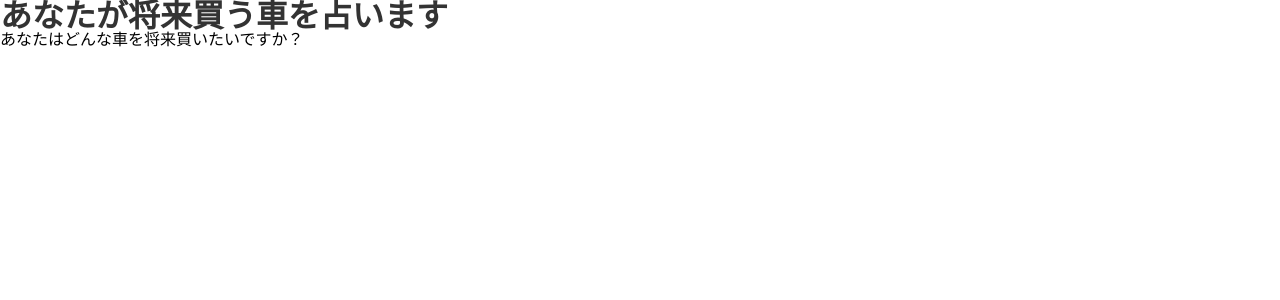
Repository: KustomApe/ksie
Page: 2021/am/index.html
These files come from the project's save history. The page is drawn as it stood at one moment and after the next save; the edit follows.
The browser window is 1280 px wide. The pictures show the whole page.

Above is the page before, as saved 2021-11-26 14:28:13.

### 2021/am/index.html
<!DOCTYPE html>
<html lang="ja">
<head>
    <meta charset="UTF-8">
    <meta http-equiv="X-UA-Compatible" content="IE=edge">
    <meta name="viewport" content="width=device-width, initial-scale=1.0">
    <title>占いサイト</title>
    <link rel="stylesheet" href="./assets/css/html5doctor.css">
    <link rel="stylesheet" href="./assets/css/style.css">
</head>
<body>
    <div id="wrapper">
        <h1 id="main_title">あなたが将来買う車を占います</h1>
        <p>あなたはどんな車を将来買いたいですか？</p>
    </div>
</body>
</html>

### 2021/am/assets/css/html5doctor.css
html, body, div, span, object, iframe,
h1, h2, h3, h4, h5, h6, p, blockquote, pre,
abbr, address, cite, code,
del, dfn, em, img, ins, kbd, q, samp,
small, strong, sub, sup, var,
b, i,
dl, dt, dd, ol, ul, li,
fieldset, form, label, legend,
table, caption, tbody, tfoot, thead, tr, th, td,
article, aside, canvas, details, figcaption, figure,
footer, header, hgroup, menu, nav, section, summary,
time, mark, audio, video {
    margin:0;
    padding:0;
    border:0;
    outline:0;
    font-size:100%;
    vertical-align:baseline;
    background:transparent;
}

body {
    line-height:1;
}

article,aside,details,figcaption,figure,
footer,header,hgroup,menu,nav,section {
    display:block;
}

nav ul {
    list-style:none;
}

blockquote, q {
    quotes:none;
}

blockquote:before, blockquote:after,
q:before, q:after {
    content:'';
    content:none;
}

a {
    margin:0;
    padding:0;
    font-size:100%;
    vertical-align:baseline;
    background:transparent;
}

/* change colours to suit your needs */
ins {
    background-color:#ff9;
    color:#000;
    text-decoration:none;
}

/* change colours to suit your needs */
mark {
    background-color:#ff9;
    color:#000;
    font-style:italic;
    font-weight:bold;
}

del {
    text-decoration: line-through;
}

abbr[title], dfn[title] {
    border-bottom:1px dotted;
    cursor:help;
}

table {
    border-collapse:collapse;
    border-spacing:0;
}

/* change border colour to suit your needs */
hr {
    display:block;
    height:1px;
    border:0;
    border-top:1px solid #cccccc;
    margin:1em 0;
    padding:0;
}

input, select {
    vertical-align:middle;
}

### 2021/am/assets/css/style.css
@charset "utf-8";

body {
    width: 100%;
    max-width: 1920px;
}

h1#main_title {
    display: block;
    margin: 0 auto;
    color: #333;
    font-size: 2rem;
}

After the next save:
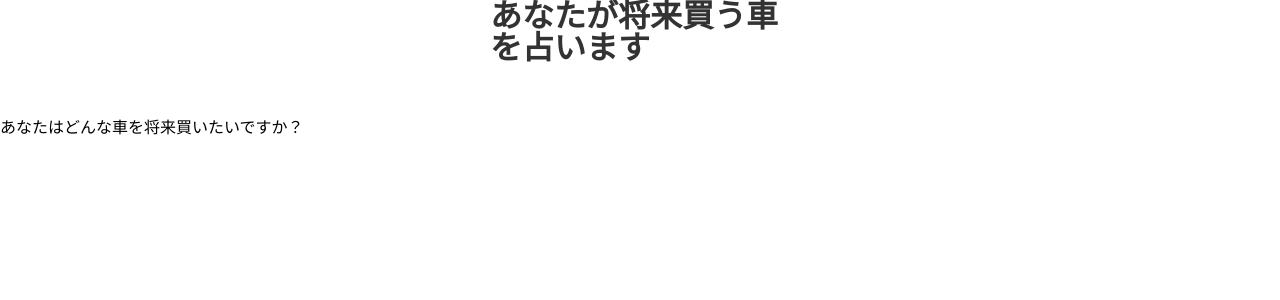
Saved 15 s later.
--- a/2021/am/assets/css/style.css
+++ b/2021/am/assets/css/style.css
@@ -7,6 +7,8 @@
 
 h1#main_title {
     display: block;
+    width: 300px;
+    height: 120px;
     margin: 0 auto;
     color: #333;
     font-size: 2rem;
